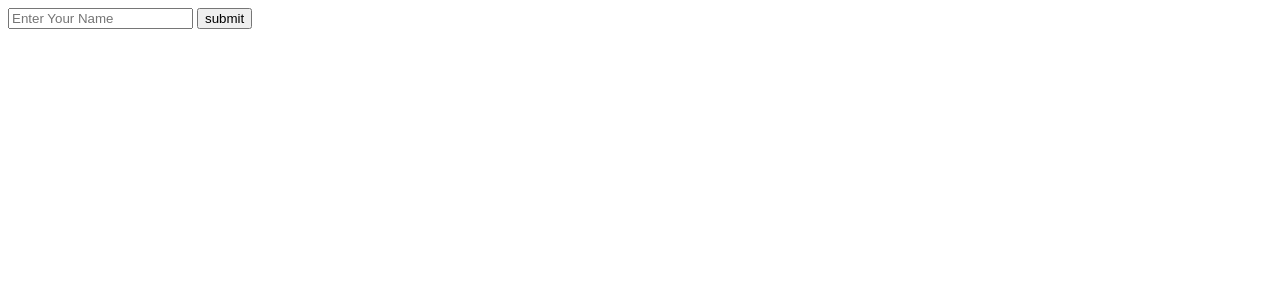
Repository: RG4025/AdvanceJava
Page: ClassWorkFeb19/src/main/webapp/requestDispatcher.html
An editor plug-in stored every save of this project. The page is shown before and after the next save, followed by the edit.
The browser window is 1280 px wide. The pictures show the whole page.

Above is the page before, as saved 2024-02-19 08:45:14.

### ClassWorkFeb19/src/main/webapp/requestDispatcher.html
<!DOCTYPE html>
<html>
<head>
<meta charset="ISO-8859-1">
<title>Insert title here</title>
</head>
<body>


	<form method="get" action="Servlet1" >

	<input type="text" name="uName" placeholder="Enter Your Name"/>
	<button type="submit">submit</button>

</form>

</body>
</html>

After the next save:
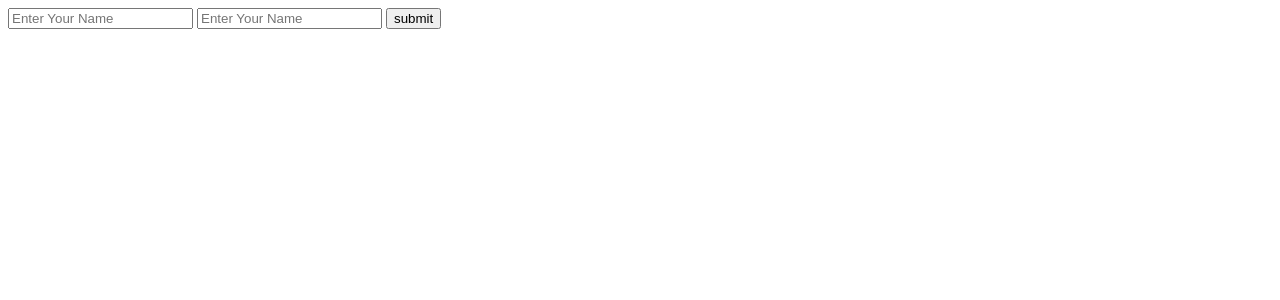
Saved 11 s later.
--- a/ClassWorkFeb19/src/main/webapp/requestDispatcher.html
+++ b/ClassWorkFeb19/src/main/webapp/requestDispatcher.html
@@ -10,6 +10,9 @@
 	<form method="get" action="Servlet1" >
 
 	<input type="text" name="uName" placeholder="Enter Your Name"/>
+
+	<input type="text" name="uName" placeholder="Enter Your Name"/>
+
 	<button type="submit">submit</button>
 
 </form>
